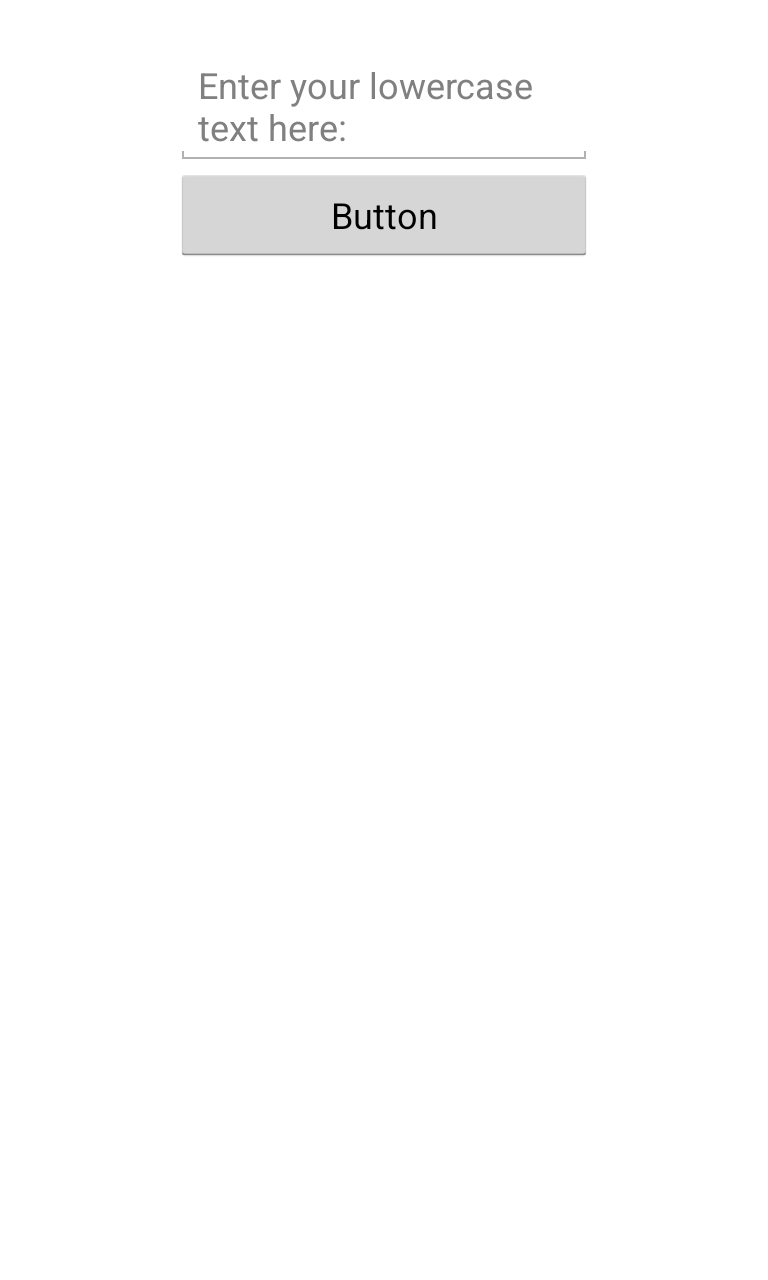
Repository: worxli/DS-Assigment3
Layout: VS-lukasbi-capitalize/res/layout/activity_main.xml
These files come from the project's save history. The layout is drawn as it stood at one moment and after the next save; the edit follows.
It is drawn on a 768 x 1280 px phone screen (xhdpi) without system bars, with theme AppTheme; the app's code is not run.

Above is the layout before, as saved 2013-10-31 10:13:52.

### VS-lukasbi-capitalize/res/layout/activity_main.xml
<RelativeLayout xmlns:android="http://schemas.android.com/apk/res/android"
    xmlns:tools="http://schemas.android.com/tools"
    android:layout_width="match_parent"
    android:layout_height="match_parent"
    android:paddingBottom="@dimen/activity_vertical_margin"
    android:paddingLeft="@dimen/activity_horizontal_margin"
    android:paddingRight="@dimen/activity_horizontal_margin"
    android:paddingTop="@dimen/activity_vertical_margin"
    tools:context=".MainActivity" >

    <TextView
        android:id="@+id/uppercase"
        android:layout_width="wrap_content"
        android:layout_height="wrap_content"
        android:layout_alignLeft="@+id/editText1"
        android:layout_alignRight="@+id/editText1"
        android:layout_below="@+id/editText1"
        android:layout_marginTop="38dp"
        android:text=""
        android:textAppearance="?android:attr/textAppearanceLarge" />

    <Button
        android:id="@+id/convert"
        android:layout_width="wrap_content"
        android:layout_height="wrap_content"
        android:layout_alignLeft="@+id/lowercase"
        android:layout_alignRight="@+id/lowercase"
        android:layout_below="@+id/lowercase"
        android:text="Button" />

    <EditText
        android:id="@+id/lowercase"
        android:layout_width="wrap_content"
        android:layout_height="wrap_content"
        android:layout_alignBottom="@+id/uppercase"
        android:layout_centerHorizontal="true"
        android:ems="10"
        android:hint="@string/info" />

</RelativeLayout>

### VS-lukasbi-capitalize/res/values/strings.xml
<?xml version="1.0" encoding="utf-8"?>
<resources>

    <string name="app_name">VS-lukasbi-capitalize</string>
    <string name="action_settings">Settings</string>
    <string name="info">Enter your lowercase text here:</string>

</resources>

Loaded but not shown: VS-lukasbi-capitalize/res/values/styles.xml (common file); VS-lukasbi-capitalize/res/values-v11/styles.xml (common file); VS-lukasbi-capitalize/res/values-v14/styles.xml (common file); VS-lukasbi-capitalize/res/values/dimens.xml (common file)

After the next save:
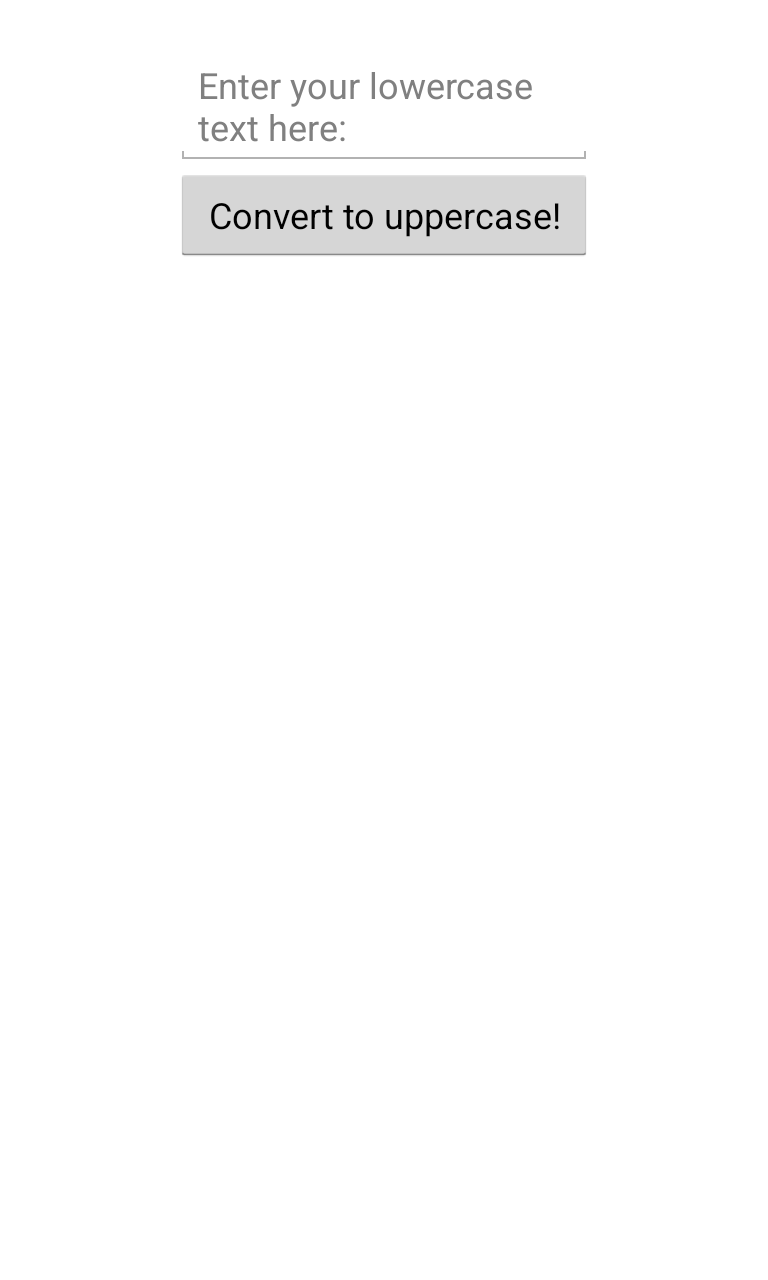
Saved 7 s later.
--- a/VS-lukasbi-capitalize/res/layout/activity_main.xml
+++ b/VS-lukasbi-capitalize/res/layout/activity_main.xml
@@ -26,7 +26,7 @@
         android:layout_alignLeft="@+id/lowercase"
         android:layout_alignRight="@+id/lowercase"
         android:layout_below="@+id/lowercase"
-        android:text="Button" />
+        android:text="Convert to uppercase!" />
 
     <EditText
         android:id="@+id/lowercase"
